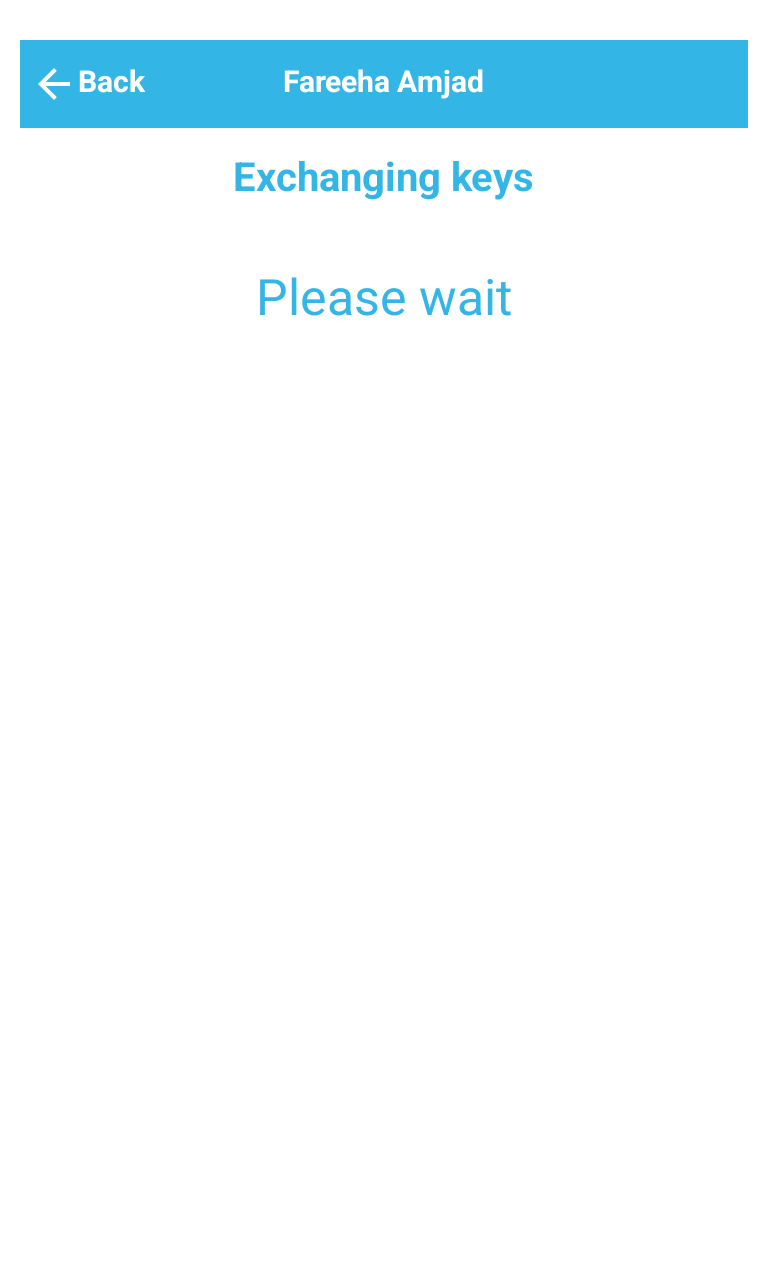
Repository: fareehaamjad/SMI-final
Layout: SecureMobileIdentity/res/layout/sms_activity.xml
An editor plug-in stored every save of this project. The layout is shown before and after the next save, followed by the edit.
It is drawn on a 768 x 1280 px phone screen (xhdpi) without system bars, with theme AppTheme; the app's code is not run. Lists and similar views that code fills are empty. The app's manifest (not shown) leaves right-to-left support off. So textAlignment, textDirection and layoutDirection are ignored, and left and right values win over start and end ones.

Above is the layout before, as saved 2015-08-19 15:17:26.

After the next save:
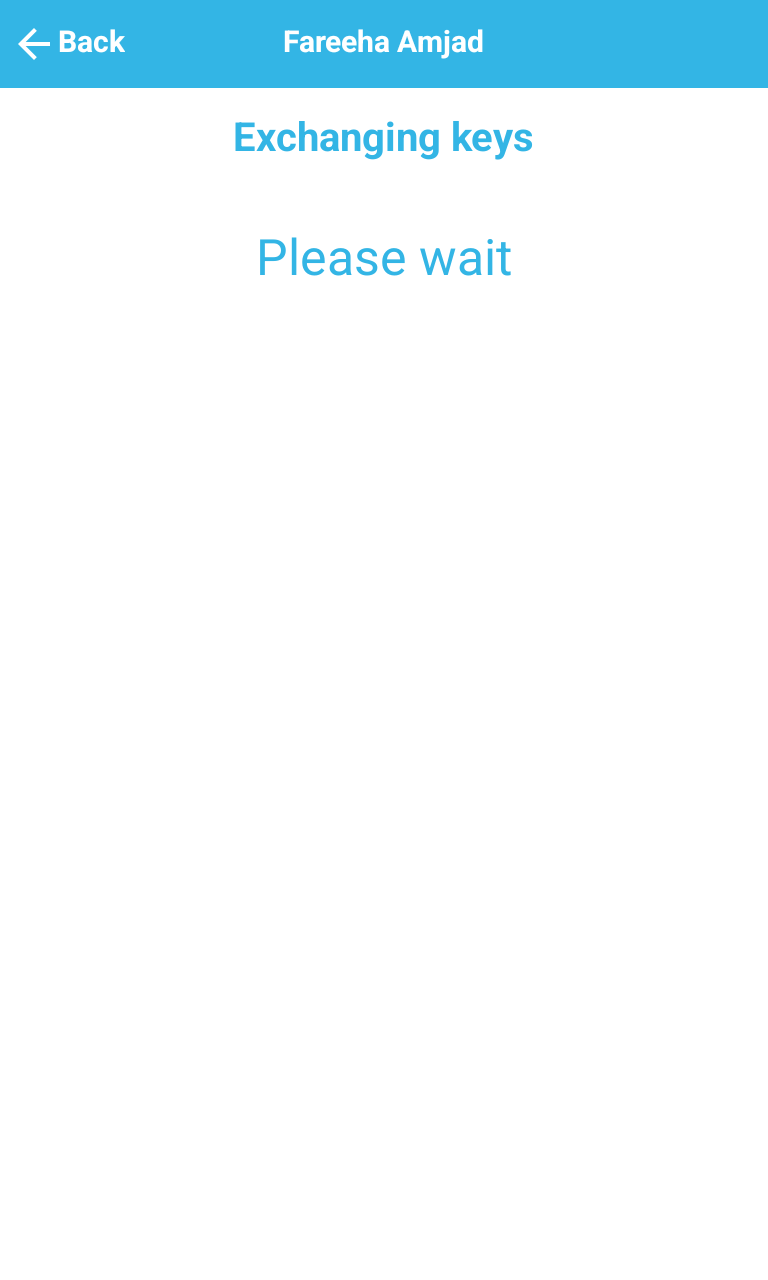
Saved 19 s later.
--- a/SecureMobileIdentity/res/layout/sms_activity.xml
+++ b/SecureMobileIdentity/res/layout/sms_activity.xml
@@ -184,9 +184,6 @@
         android:layout_width="fill_parent"
         android:layout_height="fill_parent"
         android:orientation="vertical"
-        android:paddingLeft="10dp"
-        android:paddingRight="10dp"
-        android:paddingTop="20dp"
         android:visibility="visible" >
 
         <RelativeLayout
